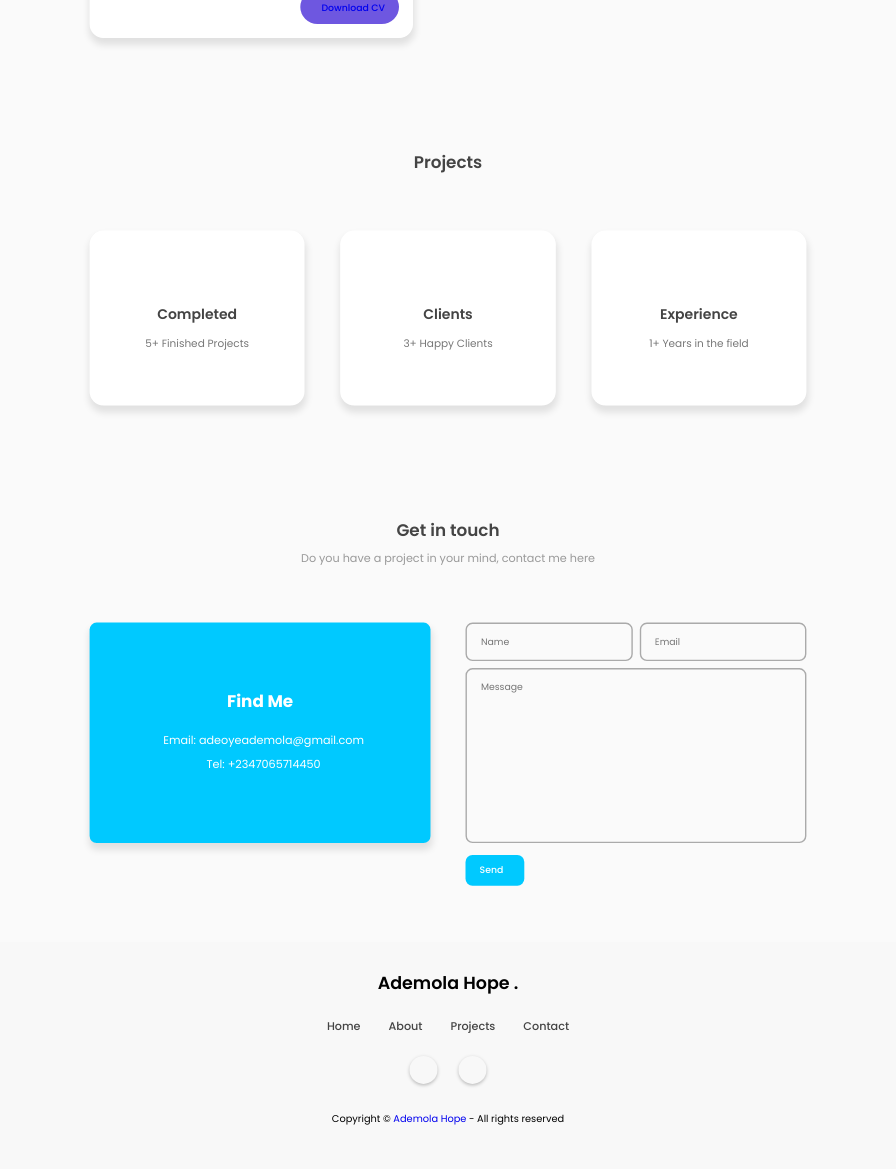
Repository: adehope1/My_Portfoilo
Page: port/index.html
These files come from the project's save history. The page is drawn as it stood at one moment and after a run of saves; the edit follows.
The browser window is 1280 px wide. The pictures show the part of the page from y = 1258 to 3178 px (the page is 2928 px tall before and 3178 px after), at 70% of full size.
Some icons come from a web library that is not loaded, so they are not drawn.

Above is the page before, as saved 2024-09-01 22:00:33.
Not found: port/assest/
Not found: port/assets/css/style.css
Not found: port/assets/js/main.js

### port/index.html
<!DOCTYPE html>
<html lang="en">
<head>
    <meta charset="UTF-8">
    <meta name="viewport" content="width=device-width, initial-scale=1.0">

    <!-- --------- UNICONS ---------- -->
    <link rel="stylesheet" href="https://unicons.iconscout.com/release/v4.0.8/css/line.css">

    <!-- --------- CSS ---------- -->
    <link rel="stylesheet" href="assets/css/style.css">

    <!-- --------- FAVICON ---------- -->
    <link rel="shortcut icon" href="assets/images/favicon.png" type="image/x-icon">
    <link rel="stylesheet" href="./index.css">

    <title>Portfolio</title>
</head>
<body>
   <div class="container">
    <!-- --------------- HEADER --------------- -->
      <nav id="header">
        <div class="nav-logo">
            <p class="nav-name">Mr Hope</p>
            <span>.</span>
        </div>
        <div class="nav-menu" id="myNavMenu">
            <ul class="nav_menu_list">
                <li class="nav_list">
                    <a href="#home" class="nav-link active-link">Home</a>
                    <div class="circle"></div>
                </li>
                <li class="nav_list">
                    <a href="#about" class="nav-link">About</a>
                    <div class="circle"></div>
                </li>
                <li class="nav_list">
                    <a href="#projects" class="nav-link">Projects</a>
                    <div class="circle"></div>
                </li>
                <li class="nav_list">
                    <a href="#contact" class="nav-link">Contact</a>
                    <div class="circle"></div>
                </li>
            </ul>
        </div>
        <div class="nav-button">
            <button class="btn"><i class="uil uil-file-alt"></i><a href="./assest/documents/tech-cve.pdf" download="tech-cve" style="text-decoration: none;">Download CV</a></button>
        </div>
        <div class="nav-menu-btn">
            <i class="uil uil-bars" onclick="myMenuFunction()"></i>
        </div>
      </nav>


    <!-- -------------- MAIN ---------------- -->
    <main class="wrapper">
       <!-- -------------- FEATURED BOX ---------------- -->
       <section class="featured-box" id="home">
          <div class="featured-text">
            <div class="featured-text-card">
                <span>Ademola Hope</span>
            </div>
            <div class="featured-name">
                <p>I'm <span class="typedText">Developer</span></p>
            </div>
            <div class="featured-text-info">
                <p>Experienced frontend developer with a passion for creating visually stunning
                   and user-friendly websites.
                </p>
            </div>
            <div class="featured-text-btn">
                <button class="btn blue-btn">Hire Me</button>
                <button class="btn"><i class="uil uil-file-alt"></i><a href="./assest/documents/tech-cve.pdf" download="tech-cve" style="text-decoration: none;">Download CV</a></button>
            </div>
            <div class="social_icons">
                <div class="icon"><i class="uil uil-instagram"></i></div>
                <div class="icon"><i class="uil uil-linkedin-alt"></i></div>
                <div class="icon"><i class="uil uil-dribbble"></i></div>
                <div class="icon"><i class="uil uil-github-alt"></i></div>
            </div>
          </div>
          <div class="featured-image">
            <div class="image">
                <img src="./assest/image/Mr Hope.jpg" alt="avatar">
            </div>
          </div>
          <div class="scroll-icon-box">
            <a href="#about" class="scroll-btn">
                <i class="uil uil-mouse-alt"></i>
                <p>Scroll Down</p>
            </a>
          </div>

       </section>
       <!-- -------------- ABOUT BOX ---------------- -->
       <section class="section" id="about">
          <div class="top-header">
            <h1>About Me</h1>
          </div>
          <div class="row">
            <div class="col">
                <div class="about-info">
                    <h3>My introduction</h3>
                    <p>I am a detail-oriented professional with a passion for software development and a self-motivated attitude . With a keen interest in learning and growing in the field, I bring enthusiasm and dedication to every project. I have a solid foundation in software development principles and have successfully contributed to the development and implementation of various software applications. My goal is to continue honing my skills, collaborating with teams, and delivering high-quality solutions that meet client needs and exceed expectations..
                    </p>
                    <div class="about-btn">
                        <button class="btn"><i class="uil uil-import"></i><a href="./assest/documents/tech-cve.pdf" download="tech-cve" style="text-decoration: none;">Download CV</a></button>
                    </div>
                </div>
            </div>
            <div class="col">
                <div class="skills-box">
                    <div class="skills-header">
                        <h3>Frontend</h3>
                    </div>
                    <div class="skills-list">
                        <span>HTML</span>
                        <span>CSS</span>
                        <span>JavaScript</span>
                        <span>React</span>
                    </div>
                </div>
                <div class="skills-box">
                    <div class="skills-header">
                        <h3>Backend</h3>
                    </div>
                    <div class="skills-list">
                        <span>Node</span>
                        <span>Express</span>
                    </div>
                </div>
                <div class="skills-box">
                    <div class="skills-header">
                        <h3>Database</h3>
                    </div>
                    <div class="skills-list">
                        <span>MySQL</span>
                        <span>PostgreSQL</span>
                        <span>MongoDB</span>
                    </div>
                </div>
                <div class="skills-box">
                    <div class="skills-header">
                        <h3>Tools</h3>
                    </div>
                    <div class="skills-list">
                        <span>Git</span>
                        <span>VS Code</span>
                        <span>Terminal</span>
                    </div>
                </div>
                <div class="skills-box">
                    <div class="skills-header">
                        <h3>Others</h3>
                    </div>
                    <div class="skills-list">
                        <span>Technical-Writing</span>
                        <span>ICT-Support</span>
                        <span>Data-Analysis</span>
                        <span>photography</span>
                    </div>

                </div>
            </div>
          </div>
       </section>

       <!-- -------------- PROJECT BOX ---------------- -->

       <section class="section" id="projects">
          <div class="top-header">
              <h1>Projects</h1>
          </div>
          <div class="project-container">
            <div class="project-box">
                <i class="uil uil-briefcase-alt"><a href="./assest/index2.html" target="_blank"></a></i>
                <h3>Completed</h3>
                <label>5+ Finished Projects</label>
            </div>
            <div class="project-box">
                <i class="uil uil-users-alt"></i>
                <h3>Clients</h3>
                <label>3+ Happy Clients</label>
            </div>
            <div class="project-box">
                <i class="uil uil-award"></i>
                <h3>Experience</h3>
                <label>1+ Years in the field</label>
            </div>
          </div>
       </section>

       <!-- -------------- CONTACT BOX ---------------- -->

       <section class="section" id="contact">
          <div class="top-header">
            <h1>Get in touch</h1>
            <span>Do you have a project in your mind, contact me here</span>
          </div>
          <div class="row">
             <div class="col">
                <div class="contact-info">
                    <h2>Find Me <i class="uil uil-corner-right-down"></i></h2>
                    <p><i class="uil uil-envelope"></i> Email: adeoyeademola@gmail.com</p>
                    <p><i class="uil uil-phone"></i> Tel: +2347065714450</p>
                </div>
             </div>
             <div class="col">
                <div class="form-control">
                    <div class="form-inputs">
                        <input type="text" class="input-field" placeholder="Name">
                        <input type="text" class="input-field" placeholder="Email">
                    </div>
                    <div class="text-area">
                        <textarea placeholder="Message"></textarea>
                    </div>
                    <div class="form-button">
                        <button class="btn">Send <i class="uil uil-message"></i></button>
                    </div>
                </div>
             </div>
          </div>
       </section>

    </main>


    <!-- --------------- FOOTER --------------- -->
    <footer>
        <div class="top-footer">
            <p>Ademola Hope .</p>
        </div>
        <div class="middle-footer">
            <ul class="footer-menu">
                <li class="footer_menu_list">
                    <a href="#home">Home</a>
                </li>
                <li class="footer_menu_list">
                    <a href="#about">About</a>
                </li>
                <li class="footer_menu_list">
                    <a href="#projects">Projects</a>
                </li>
                <li class="footer_menu_list">
                    <a href="#contact">Contact</a>
                </li>
            </ul>
        </div>
        <div class="footer-social-icons">
            <div class="icon"><i class="uil uil-linkedin-alt"></i></div>
            <div class="icon"><a href="https://github.com/adehope1/" target="_blank"><i class="uil uil-github-alt" ></i></a></div>
        </div>
        <div class="bottom-footer">
            <p>Copyright &copy; <a href="#home" style="text-decoration: none;">Ademola Hope</a> - All rights reserved</p>
        </div>
    </footer>

    </div>




    <!-- ----- TYPING JS Link ----- -->
     <script src="./assest/"></script>

       <!-- ----- SCROLL REVEAL JS Link----- -->
    <script src="https://unpkg.com/scrollreveal"></script>

    <!-- ----- MAIN JS ----- -->
    <script src="assets/js/main.js"></script>
</body>
</html>

### port/index.css
/* ----- POPPINS FONT Link ----- */
@import url('https://fonts.googleapis.com/css2?family=Poppins:wght@400;500;600;700&display=swap');

/* ----- VARIABLES ----- */
:root{
    --body-color: rgb(250, 250, 250);
    --color-white: rgb(255, 255, 255);

    --text-color-second: rgb(68, 68, 68);
    --text-color-third: rgb(30, 159, 171);

    --first-color: rgb(110, 87, 224);
    --first-color-hover: rgb(40, 91, 212);

    --second-color: rgb(0, 201, 255);
    --third-color: rgb(192, 166, 49);
    --first-shadow-color: rgba(0, 0, 0, 0.1);

}

/* ----- BASE ----- */
*{
    margin: 0;
    padding: 0;
    box-sizing: border-box;
    font-family: 'Poppins', sans-serif;
}

/* ----- SMOOTH SCROLL ----- */
html{
    scroll-behavior: smooth;
}

/* ----- CHANGE THE SCROLL BAR DESIGN ----- */
::-webkit-scrollbar{
    width: 10px;
    border-radius: 25px;
}
::-webkit-scrollbar-track{
    background: #f1f1f1;
}
::-webkit-scrollbar-thumb{
    background: #ccc;
    border-radius: 30px;
}
::-webkit-scrollbar-thumb:hover{
    background: #bbb;
}


/* ---##-- REUSABLE CSS --##--- */

/* ----- GLOBAL BUTTON DESIGN ----- */
.btn{
    font-weight: 500;
    padding: 12px 20px;
    background: #efefef;
    border: none;
    border-radius: 10px;
    cursor: pointer;
    transition: .4s;
}
.btn>i{
    margin-left: 10px;
}
.btn:hover{
    background: var(--second-color);
    color: var(--color-white);
}

/* ----- GLOBAL ICONS DESIGN ----- */
i{
    font-size: 16px;
}

/* ------- BASE -------- */
body{
    background: var(--body-color);
}
.container{
    width: 100%;
    position: relative;
}

/* ----- NAVIGATION BAR ----- */
nav{
    position: fixed;
    display: flex;
    justify-content: space-between;
    width: 100%;
    height: 90px;
    line-height: 90px;
    background: var(--body-color);
    padding-inline: 9vw;
    transition: .3s;
    z-index: 100;
}
.nav-logo{
   position: relative;
}
.nav-name{
    font-size: 30px;
    font-weight: 600;
    color: var(--text-color-third);
}
.nav-logo span{
    position: absolute;
    top: -15px;
    right: -20px;
    font-size: 5em;
    color: var(--text-color-second);
}
.nav-menu, .nav_menu_list{
    display: flex;
}
.nav-menu .nav_list{
    list-style: none;
    position: relative;
}
.nav-link{
    text-decoration: none;
    color: var(--text-color-second);
    font-weight: 500;
    padding-inline: 15px;
    margin-inline: 20px;
}
.nav-menu-btn{
    display: none;
}
.nav-menu-btn i{
    font-size: 28px;
    cursor: pointer;
}
.active-link{
    position: relative;
    color: var(--first-color);
    transition: .3;
}
.active-link::after{
    content: '';
    position: absolute;
    left: 50%;
    bottom: -15px;
    transform: translate(-50%, -50%);
    width: 5px;
    height: 5px;
    background: var(--first-color);
    border-radius: 50%;
}


/* ----- WRAPPER DESIGN ----- */
.wrapper{
    padding-inline: 10vw;
}

/* ----- FEATURED BOX ----- */
.featured-box{
    position: relative;
    display: flex;
    height: 100vh;
    min-height: 700px;
}

/* ----- FEATURED TEXT BOX ----- */
.featured-text{
    position: relative;
    display: flex;
    justify-content: center;
    align-content: center;
    min-height: 80vh;
    flex-direction: column;
    width: 50%;
    padding-left: 20px;
}
.featured-text-card span{
    background: var(--third-color);
    color: var(--color-white);
    padding: 3px 8px;
    font-size: 12px;
    border-radius: 5px;
}
.featured-name{
    font-size: 50px;
    font-weight: 600;
    color: var(--text-color-second);
    margin-block: 20px;
}
.typedText{
    text-transform: capitalize;
    color: var(--text-color-third);
}
.featured-text-info{
    font-size: 15px;
    margin-bottom: 30px;
    color: var(--text-color-second);
}
.featured-text-btn{
    display: flex;
    gap: 20px;
}
.featured-text-btn>.blue-btn{
    background: var(--first-color);
    color: var(--color-white);
}
.featured-text-btn>.blue-btn:hover{
    background: var(--first-color-hover);
}
.social_icons{
    display: flex;
    margin-top: 5em;
    gap: 30px;
}
.icon{
    display: flex;
    justify-content: center;
    align-items: center;
    width: 40px;
    height: 40px;
    border-radius: 50%;
    box-shadow: 0px 2px 5px 0px rgba(0, 0, 0, 0.25);
    cursor: pointer;
}
.icon:hover{
    color: var(--first-color);
}

/* ----- FEATURED IMAGE BOX ----- */
.featured-image{
    display: flex;
    justify-content: right;
    align-content: center;
    min-height: 80vh;
    width: 50%;
}
.image{
    margin: auto 0;
    width: 380px;
    height: 380px;
    border-radius: 55% 45% 55% 45%;
    overflow: hidden;
    animation: imgFloat 7s ease-in-out infinite;
}
.image img{
    width: 380px;
    height: 380px;
    object-fit: cover;
}
@keyframes imgFloat {
    50%{
        transform: translateY(10px);
        border-radius: 45% 55% 45% 55%;
    }
}
.scroll-btn{
   position: absolute;
   bottom: 0;
   left: 50%;
   translate: -50%;
   display: flex;
   justify-content: center;
   align-items: center;
   width: 150px;
   height: 50px;
   gap: 5px;
   text-decoration: none;
   color: var(--text-color-second);
   background: var(--color-white);
   border-radius: 30px;
   box-shadow: 0 2px 5px 0 rgba(0, 0, 0, 0.25);
}
.scroll-btn i{
    font-size: 20px;
}

/* ----- MAIN BOX ----- */
.section{
    padding-block: 5em;
}
.row{
    display: flex;
    justify-content: space-between;
    width: 100%;
    gap: 50px;
}
.col{
    display: flex;
    width: 50%;
}

/* -- ## --- RESUABLE CSS -- ## -- */
.top-header{
    text-align: center;
    margin-bottom: 5em;
}
.top-header h1{
    font-weight: 600;
    color: var(--text-color-second);
    margin-bottom: 10px;
}
.top-header span{
    color: #999;
}
h3{
    font-size: 20px;
    font-weight: 600;
    color: var(--text-color-second);
    margin-bottom: 15px;
}

/* ----- ABOUT INFO ----- */
.about-info{
    position: relative;
    display: flex;
    align-items: center;
    flex-direction: column;
    padding-block: 30px 70px;
    padding-inline: 20px;
    width: 100%;
    background: var(--color-white);
    box-shadow: 1px 8px 10px 2px var(--first-shadow-color);
    border-radius: 20px;
}
.about-info p{
    text-align: center;
    font-size: 15px;
    color: #777;
}
.about-btn button{
    position: absolute;
    right: 20px;
    bottom: 20px;
    background: var(--first-color);
    color: var(--color-white);
    border-radius: 30px;
}
.about-btn button:hover{
    background: var(--first-color-hover);
}

/* ----- ABOUT / SKILLS BOX ----- */
.skills-box{
    margin: 10px;
}
.skills-header{
    margin-bottom: 30px;
}
.skills-list{
    display: flex;
    flex-wrap: wrap;
    gap: 5px;
}
.skills-list span{
    font-size: 14px;
    background: var(--first-color);
    color: var(--color-white);
    padding: 2px 10px;
    border-radius: 5px;
}

/* ----- PROJECTS BOX ----- */
.project-container{
    display: flex;
    width: 100%;
    justify-content: space-between;
    gap: 20px;
    flex-wrap: wrap;
}
.project-box{
    position: relative;
    display: flex;
    justify-content: center;
    align-items: center;
    flex-direction: column;
    width: 30%;
    height: 250px;
    background: var(--color-white);
    border-radius: 20px;
    box-shadow: 1px 8px 10px 2px var(--first-shadow-color);
    overflow: hidden;
}
.project-box>i{
    font-size: 50px;
    color: #00B5E7;
    margin-bottom: 25px;
}
.project-box label{
    font-size: 15px;
    color: #777;
}
.project-box::after, .contact-info::after{
    content: "";
    position: absolute;
    bottom: -100%;
    background: var(--second-color);
    width: 100%;
    height: 100%;
    transition: .4s;
    z-index: 1;
}
.project-box:hover.project-box::after,
.contact-info:hover.contact-info::after{
    bottom: 0;
}
.project-box:hover.project-box i,
.project-box:hover.project-box>h3,
.project-box:hover.project-box>label{
    color: var(--color-white);
    z-index: 2;
}

/* ----- CONTACT BOX ----- */
.contact-info{
    position: relative;
    display: flex;
    flex-direction: column;
    justify-content: center;
    align-items: center;
    padding: 20px 30px;
    width: 100%;
    height: 315px;
    background: var(--second-color);
    border-radius: 10px;
    box-shadow: 1px 8px 10px 2px var(--first-shadow-color);
    overflow: hidden;
}
.contact-info>h2{
    color: var(--color-white);
    margin-bottom: 20px;
}
.contact-info>p{
    display: flex;
    align-items: center;
    gap: 10px;
    color: var(--color-white);
    margin-block: 5px;
}
.contact-info p>i{
    font-size: 18px;
}
.contact-info::after{
    background: var(--color-white);
}
.contact-info:hover.contact-info h2,
.contact-info:hover.contact-info p,
.contact-info:hover.contact-info i{
    color: #777;
    z-index: 2;
}

/* ----- CONTACT FORM ----- */
.form-control{
    display: flex;
    flex-direction: column;
    gap: 10px;
    width: 100%;
}
.form-inputs{
    display: flex;
    gap: 10px;
    width: 100%;
}
.input-field{
    width: 50%;
    height: 55px;
    background: transparent;
    border: 2px solid #AAA;
    border-radius: 10px;
    padding-inline: 20px;
    outline: none;
}
textarea{
    width: 100%;
    height: 250px;
    background: transparent;
    border: 2px solid #AAA;
    border-radius: 10px;
    padding: 15px 20px;
    outline: none;
    resize: none;
}
.form-button>.btn{
    display: flex;
    align-items: center;
    justify-content: center;
    background: var(--second-color);
    color: var(--color-white);
}
.form-button>.btn:hover{
    background: #00B5E7;
}
.form-button i{
    font-size: 18px;
    rotate: -45deg;
}

/* ----- FOOTER BOX ----- */
footer{
    display: flex;
    justify-content: center;
    align-items: center;
    flex-direction: column;
    row-gap: 30px;
    background: #F8F8F8;
    padding-block: 40px 60px;
}
.top-footer p{
    font-size: 25px;
    font-weight: 600;
}
.middle-footer .footer-menu{
    display: flex;
}
.footer_menu_list{
    list-style: none;
}
.footer_menu_list a{
    text-decoration: none;
    color: var(--text-color-second);
    font-weight: 500;
    margin-inline: 20px;
}
.footer-social-icons{
    display: flex;
    gap: 30px;
}
.bottom-footer{
    font-size: 14px;
    margin-top: 10px;
}


/* ----- MEDIA QUERY == 1024px / RESPONSIVE ----- */
@media only screen and (max-width: 1024px){
    .featured-text{
        padding: 0;
    }
    .image, .image img{
        width: 320px;
        height: 320px;
    }
}

/* ----- MEDIA QUERY == 900px / RESPONSIVE ----- */
@media only screen and (max-width: 900px) {
    .nav-button{
        display: none;
    }
    .nav-menu.responsive{
        left: 0;
    }
    .nav-menu{
        position: fixed;
        top: 80px;
        left: -100%;
        flex-direction: column;
        justify-content: center;
        align-items: center;
        background: rgba(255, 255, 255, 0.7);
        backdrop-filter: blur(20px);
        width: 100%;
        min-height: 450px;
        height: 90vh;
        transition: .3s;
    }
    .nav_menu_list{
        flex-direction: column;
    }
    .nav-menu-btn{
        display: flex;
        align-items: center;
        justify-content: center;
    }
    .featured-box{
        flex-direction: column;
        justify-content: center;
        height: 100vh;
    }
    .featured-text{
        width: 100%;
        order: 2;
        justify-content: center;
        align-content: flex-start;
        min-height: 60vh;
    }
    .social_icons{
        margin-top: 2em;
    }
    .featured-image{
        order: 1;
        justify-content: center;
        min-height: 150px;
        width: 100%;
        margin-top: 65px;
    }
    .image, .image img{
        width: 150px;
        height: 150px;
    }
    .row{
        display: flex;
        flex-direction: column;
        justify-content: center;
        gap: 50px;
    }
    .col{
        display: flex;
        justify-content: center;
        width: 100%;
    }
    .about-info, .contact-info{
        width: 100%;
    }
    .project-container{
        justify-content: center;
    }
    .project-box{
        width: 80%;
    }

}

/* ----- MEDIA QUERY == 540px / RESPONSIVE ----- */

@media only screen and (max-width: 540px){
    .featured-name{
        font-size: 40px;
    }
    .project-box{
        width: 100%;
    }
    .form-inputs{
        flex-direction: column;
    }
    .input-field{
        width: 100%;
    }
}

After the next 2 saves:
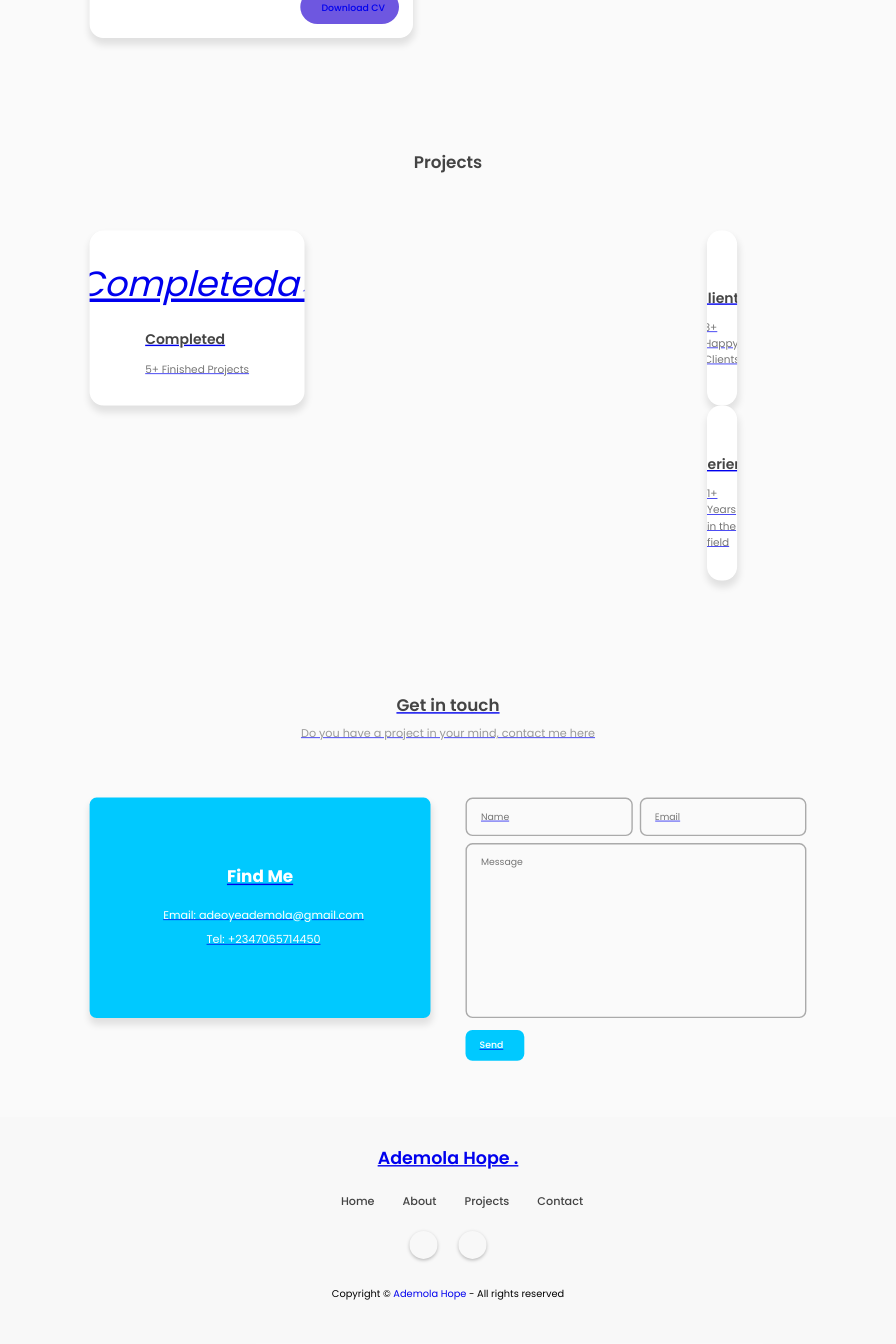
The 2 saves are shown as one change because they came seconds apart.
The last was saved 11 s later.
--- a/port/index.html
+++ b/port/index.html
@@ -174,7 +174,7 @@
           </div>
           <div class="project-container">
             <div class="project-box">
-                <i class="uil uil-briefcase-alt"><a href="./assest/index2.html" target="_blank"></a></i>
+                <i class="uil uil-briefcase-alt"><a href="./assest/index2.html" target="_blank">Completeda></i>
                 <h3>Completed</h3>
                 <label>5+ Finished Projects</label>
             </div>
